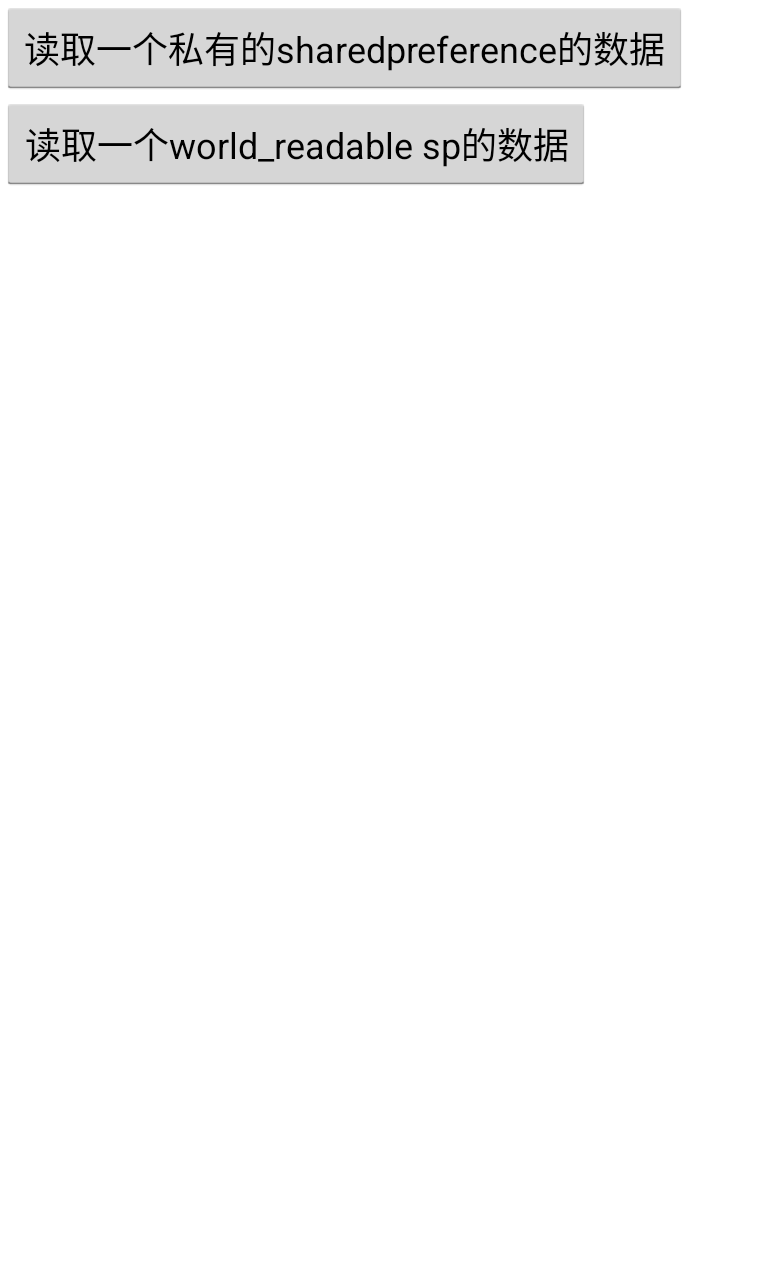
Repository: qq839924354/day01
Layout: day02/code/other/res/layout/activity_main.xml
These files come from the project's save history. The layout is drawn as it stood at one moment and after the next save; the edit follows.
It is drawn on a 768 x 1280 px phone screen (xhdpi) without system bars, with theme AppTheme; the app's code is not run.

Above is the layout before, as saved 2013-03-01 07:51:00.

After the next save:
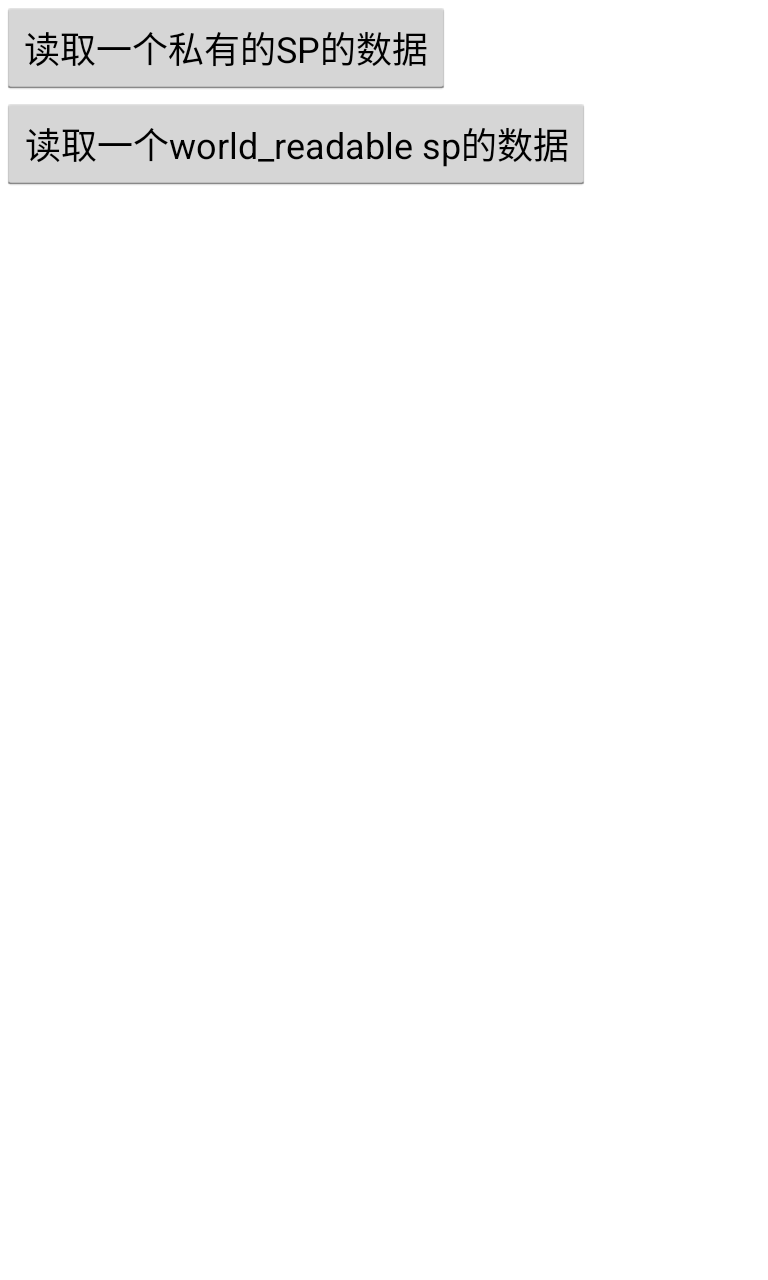
Saved 10 s later.
--- a/day02/code/other/res/layout/activity_main.xml
+++ b/day02/code/other/res/layout/activity_main.xml
@@ -9,7 +9,7 @@
         android:onClick="readPravite"
         android:layout_width="wrap_content"
         android:layout_height="wrap_content"
-        android:text="读取一个私有的sharedpreference的数据" />
+        android:text="读取一个私有的SP的数据" />
 
     <Button
         android:onClick="readWorldReabable"
